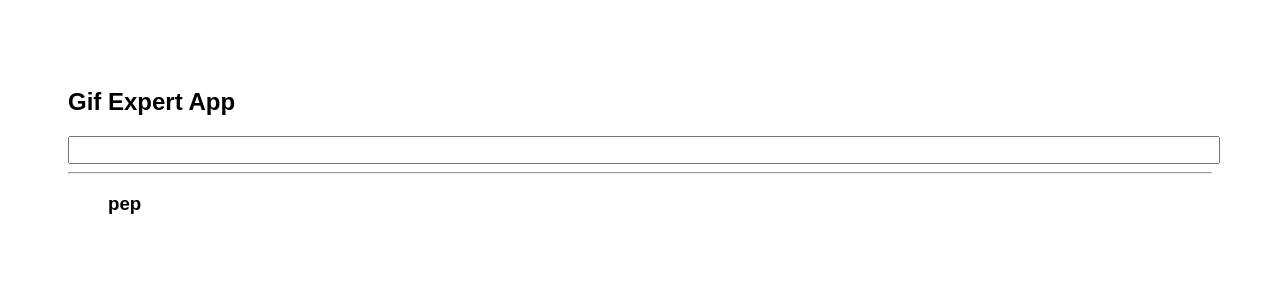
Repository: ppfeliuu/gifs-app
Page: /
These files come from the project's save history. The page is drawn as it stood at one moment and after the next save; the edit follows.
The browser window is 1280 px wide. The pictures show the whole page.
The project was rebuilt for these pictures with package versions that can differ from the ones it lists, and the page was loaded fresh each time. Also part of the build but not shown: src/components/GifGridItem.js.

Above is the page before, as saved 2021-05-26 15:33:58.

### src/index.js
import React from "react";
import ReactDOM from "react-dom";
import GifExpertApp from "./GifExpertApp";
import "./index.css";

ReactDOM.render(
  <GifExpertApp />,

  document.getElementById("root")
);

### src/GifExpertApp.js
import React, { useState } from "react";
import AddCategory from "./components/AddCategory";
import { GifGrid } from "./components/GifGrid";

export const GifExpertApp = () => {
  const [categories, setCategories] = useState(["pep"]);

  /* const handleAdd = () => {
    setCategories([...categories, "Hunter"]);
  }; */

  return (
    <div>
      <h2>Gif Expert App</h2>
      <AddCategory setCategories={setCategories} />
      <hr />

      <ol>
        {categories.map((category) => (
          <GifGrid key={category} category={category} />
        ))}
      </ol>
    </div>
  );
};

export default GifExpertApp;

### src/index.css
* {
  font-family: Arial, Helvetica, sans-serif;
}

body {
  padding: 60px;
}

input {
  color: grey;
  font-size: 1.2rem;
  width: 100%;
}

.card-grid {
  display: flex;
  flex-direction: row;
  flex-wrap: wrap;
}

.card {
  align-content: center;
  border: 1px solid grey;
  border-radius: 6px;
  margin-bottom: 10px;
  margin-right: 10px;
  overflow: visible;
}

.card p {
  padding: 5px;
  text-align: center;
}

.card img {
  max-height: 170px;
}

### src/components/AddCategory.js
import React, { useState } from "react";
import PropTypes from "prop-types";

const AddCategory = ({ setCategories }) => {
  const [inputValue, setInputValue] = useState("");

  const handleInputChange = (e) => {
    setInputValue(e.target.value);
  };

  const handleSubmit = (e) => {
    e.preventDefault();

    if (inputValue.trim().length > 2) {
      setCategories((c) => [inputValue, ...c]);
      setInputValue("");
    }
  };

  return (
    <form onSubmit={handleSubmit}>
      <input type="text" value={inputValue} onChange={handleInputChange} />
    </form>
  );
};

AddCategory.propTypes = {
  setCategories: PropTypes.func.isRequired,
};

export default AddCategory;

### src/components/GifGrid.js
import React from "react";
import { useFetchGifs } from "../hooks/useFetchGifs";
import { GifGridItem } from "./GifGridItem";
// import { getGifs } from "../helpers/getGifs";

export const GifGrid = ({ category }) => {
  //const [images, setImages] = useState([]);
  const { data, loading } = useFetchGifs();
  /*useEffect(() => {
    getGifs(category).then((imgs) => setImages(imgs));
  }, [category]); */

  console.log(data);
  console.log(loading);
  return (
    <>
      <h3>{category}</h3>
      {/* <div className="card-grid">
        {images.map((img) => (
          <GifGridItem key={img.id} {...img} />
        ))}
      </div> */}
    </>
  );
};

### src/hooks/useFetchGifs.js
import { useState } from "react";

export const useFetchGifs = () => {
  const [state, setState] = useState({
    data: [],
    loading: true,
  });

  return state;
};

Loaded but not shown: public/index.html (common file)

After the next save:
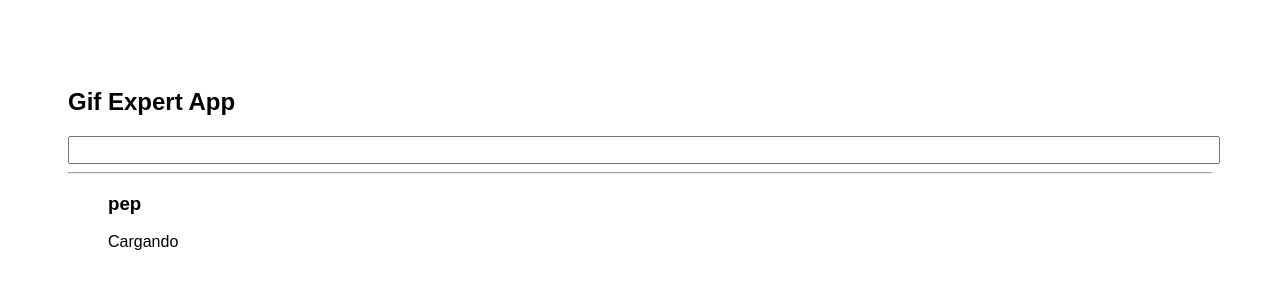
Saved 27 s later.
--- a/src/components/GifGrid.js
+++ b/src/components/GifGrid.js
@@ -15,6 +15,7 @@ export const GifGrid = ({ category }) => {
   return (
     <>
       <h3>{category}</h3>
+      {loading ? "Cargando" : "Completado"}
       {/* <div className="card-grid">
         {images.map((img) => (
           <GifGridItem key={img.id} {...img} />
